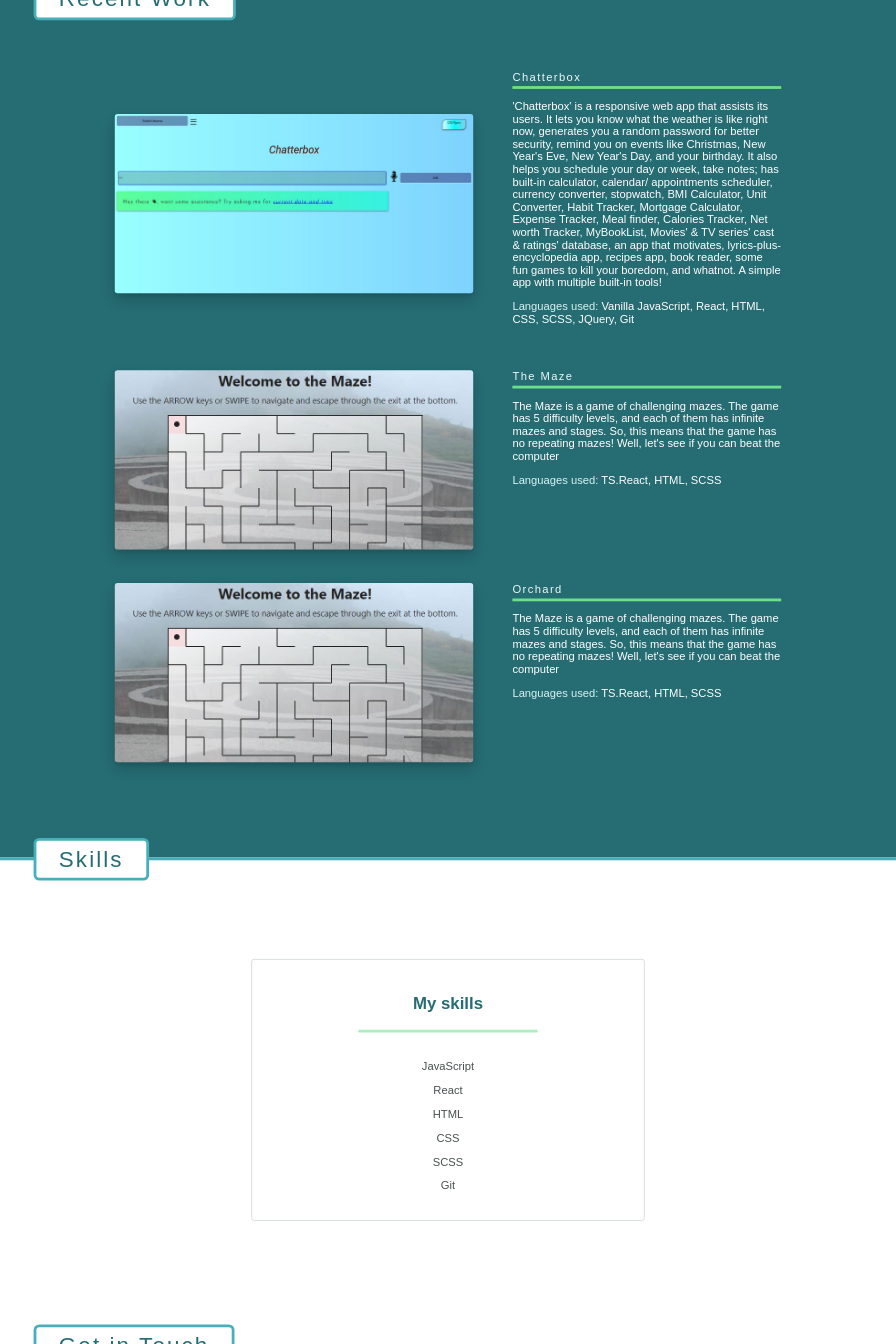
Repository: Abbaskhurram255/port
Page: /
The author's editor kept a copy of each file at every save. The page is drawn from the files as they stood at one save, then again after the next save.
The browser window is 1280 px wide. The pictures show the part of the page from y = 870 to 2790 px (the page is 3086 px tall), at 70% of full size.
The page's requests for data from a server got no answer. Some web fonts or font styles are not loaded; a fallback is used. Some web libraries are served in a nearby version. The project was rebuilt for these pictures with package versions that can differ from the ones it lists, and the page was loaded fresh each time. No one was signed in, and anything a server would have sent is missing.

Above is the page before, as saved 2021-01-01 22:57:25.

### public/index.html
<!DOCTYPE html>
<html lang="en">
  <head>
    <meta charset="utf-8" />
    <meta
      name="viewport"
      content="width=device-width, initial-scale=1, shrink-to-fit=no"
    />
    <meta name="theme-color" content="#000000" />
    <meta property="og:title" content="Alex' Portfolio" />
    <meta
      property="og:description"
      content="A portfolio of web applications by Alex/ Khurram"
    />
    <meta property="og:url" content="https://www.abbaskhurram255.github.io/" />
    <meta property="og:image" content="/images/portfolio-home.jpg" />
    <title>Alex' Portfolio</title>
    <link
      href="https://fonts.googleapis.com/css?family=Muli:300,400,600,700"
      rel="stylesheet"
    />
    <link
      rel="stylesheet"
      href="https://use.fontawesome.com/releases/v5.4.2/css/all.css"
      integrity="sha384-/rXc/GQVaYpyDdyxK+ecHPVYJSN9bmVFBvjA/9eOB+pb3F2w2N6fc5qB9Ew5yIns"
      crossorigin="anonymous"
    />
  </head>

  <body>
    <noscript>You need to enable JavaScript to run this app.</noscript>
    <div id="root"></div>
  </body>
</html>

### src/index.tsx
import React from "react";
import ReactDOM from "react-dom";
import App from "./App";
import * as serviceWorker from "./serviceWorker";
import "./styles/styles.scss";

ReactDOM.render(<App />, document.getElementById("root"));

// If you want your app to work offline and load faster, you can change
// unregister() to register() below. Note this comes with some pitfalls.
// Learn more about service workers: http://bit.ly/CRA-PWA
serviceWorker.unregister();

### src/App.tsx
import * as React from "react";
import Contact from "./components/Contact";
import Home from "./components/Home";
import Navbar from "./components/Navbar";
import RecentWork from "./components/RecentWork";
import Skills from "./components/Skills";

class App extends React.Component {
  public render() {
    return (
      <div>
        <Navbar />
        <Home />
        <RecentWork />
        <Skills />
        <Contact />
      </div>
    );
  }
}

export default App;

### src/styles/styles.scss
@import "./base/settings";
@import "./base/base";
@import "./components/navbar";
@import "./components/home";
@import "./components/images";
@import "./components/recent-works";
@import "./components/projects";
@import "./components/project";
@import "./components/skills";
@import "./components/skill";
@import "./components/contact";
@import "./components/social";
@import "./components/section-title";

### src/components/Contact.tsx
import * as React from "react";
import utils from "../utils/constants";
import Social from "./Social";
import Title from "./Title";

const { GITHUB_URL, TWITTER_URL } = utils.social;
const { EMAIL } = utils.contact;

const Contact = () => {
  return (
    <div id="contact" className="contact">
      <Title title="Get in Touch" parentComponent="contact" />
      <div className="contact__social-links">
        <p className="contact__brackets">{"{"}</p>
        <Social socialIcon="fab fa-github" socialUrl={GITHUB_URL} />
        <Social socialIcon="fab fa-twitter" socialUrl={TWITTER_URL} />
        <Social socialIcon="fas fa-envelope" socialUrl={`mailto:${EMAIL}`} />
        <p className="contact__brackets">{"}"}</p>
      </div>
    </div>
  );
};

export default Contact;

### src/components/Home.tsx
import * as React from "react";
import Image from "./Image";
import Text from "./Text";
import Title from "./Title";

const Home = () => {
  return (
    <div className="home">
      <div className="home__text-container">
        <Title
          title="<Alex Puth (aka Khurram) />"
          parentComponent="home"
          subTitle="Front-End Developer"
        />
        <Text parentComponent="home" mobile="" />
      </div>
      <Image
        src="/images/headshot.jpg"
        alt="Headshot of Alex Puth"
        parentComponent="home"
      />
      <Text parentComponent="home" mobile="--mobile" />
    </div>
  );
};

export default Home;

### src/components/Navbar.tsx
import * as React from "react";

interface INavbarState {
  linkClass: string;
  isToggled: boolean;
}

class Navbar extends React.Component {
  public state = {
    isToggled: true,
    linkClass: "navbar__link"
  };

  public toggleNav = () => {
    const { isToggled } = this.state;
    this.setState({ isToggled: !isToggled });
    isToggled
      ? this.setState({ linkClass: "navbar__link--show" })
      : this.setState({ linkClass: "navbar__link" });
  };

  public render() {
    return (
      <div className="navbar">
        <a className="navbar__brand" href="#">
          <p className="navbar__brand-text">AP</p>
        </a>
        <i onClick={this.toggleNav} className="fas fa-bars navbar__hamburger" />
        <div className="navbar__link-box">
          <a className={this.state.linkClass} href="#">
            <p className="navbar__link-text">Home</p>
          </a>

          <a className={this.state.linkClass} href="#recent-works">
            <p className="navbar__link-text">Recent Work</p>
          </a>

          <a className={this.state.linkClass} href="#skills">
            <p className="navbar__link-text">Skills</p>
          </a>

          <a className={this.state.linkClass} href="#contact">
            <p className="navbar__link-text">Contact</p>
          </a>
        </div>
      </div>
    );
  }
}
export default Navbar;

### src/components/RecentWork.tsx
import * as React from "react";
import Projects from "./Projects";
import Title from "./Title";

const RecentWork = () => {
  return (
    <div id="recent-works" className="recent-works">
      <Title title="Recent Work" parentComponent="recent-works" />
      <Projects />
    </div>
  );
};

export default RecentWork;

### src/components/Skills.tsx
import * as React from "react";
import Skill from "./Skill";
import Title from "./Title";

const Skills = () => {
  const technicalSkills: string[] = [
    "JavaScript",
    "React",
    "HTML",
    "CSS",
    "SCSS",
    "Git"
  ];

  return (
    <div id="skills" className="skills">
      <Title title={"Skills"} parentComponent="skills" />
      <div className="skills__set-box">
        <Skill title="My skills" skills={technicalSkills} />
      </div>
    </div>
  );
};

export default Skills;

### src/styles/base/_base.scss
html {
  font-size: 62.5%;
  scroll-behavior: smooth;
}

body {
  margin: 0;
  background-color: $white;
}

button {
  cursor: pointer;
}

button:disabled {
  cursor: default;
}

### src/styles/components/_home.scss
.home {
  display: flex;
  flex-direction: column;
  justify-content: space-around;
  margin: $size-10 auto $size-8 auto;
  max-width: 100rem;
  padding: 0 $size-4;
  @media (min-width: $breakpoint-1) {
    margin: $size-10 25% $size-9 25%;
  }
  @media (min-width: $breakpoint-2) {
    flex-direction: row;
    margin: $size-10 auto $size-12 auto;
  }
}

.home__title-box {
  align-items: center;
  display: flex;
  flex-direction: column;
  justify-content: center;
  margin-top: $size-3;
  @media (min-width: $breakpoint-2) {
    margin: 0;
    margin-left: -$size-9;
    align-items: flex-start;
  }
}

.home__title {
  color: $primary-7;
  font-family: $header;
  font-size: $size-6;
  font-weight: 700;
  letter-spacing: 0.3rem;
  line-height: 1;
  margin: 0;
  @media (min-width: $breakpoint-1) {
    font-size: $size-6;
  }
  @media (min-width: $breakpoint-2 - 13) {
    font-size: $size-7;
  }
  @media (min-width: $breakpoint-3) {
    font-size: 7.2rem;
  }
}

.home__subtitle {
  color: $gray-5;
  font-family: $header;
  font-size: $size-4;
  font-weight: 300;
  margin: $size-3 0;
  @media (min-width: $breakpoint-1) {
    font-size: 1.8rem;
  }
  @media (min-width: $breakpoint-2 - 13) {
    font-size: $size-5;
  }
  @media (min-width: $breakpoint-3) {
    font-size: $size-6;
  }
}

.home__text-container {
  display: flex;
  flex-direction: column;
  justify-content: flex-end;
}

.home__text-box {
  border-left: $size-1 solid $secondary-2;
  margin-top: $size-6;
  padding: $size-5 $size-4;
  width: $size-14;
  @media (max-width: $breakpoint-2 - 1) {
    display: none;
  }
}

.home__text-box--mobile {
  border-left: $size-1 solid $secondary-2;
  box-sizing: border-box;
  margin-top: $size-6;
  padding: $size-2;
  width: 100%;
  @media (min-width: $breakpoint-2) {
    display: none;
  }
}

.home__text {
  color: $gray-7;
  font-family: $text;
  font-size: $size-3;
  line-height: 2;
  margin: 0;
  padding: $size-2;
  @media (min-width: $breakpoint-2) {
    font-size: $size-4;
  }
}

.home__text-link {
  @extend .home__text;
  color: $primary-7;
  padding: 0;
  text-decoration: none;
}

.home__text-link:hover {
  color: $primary-5;
}

### src/styles/components/images.scss
.home-image-box {
  background: $gradient-1;
  border-radius: $radius-2;
  box-shadow: $shadow-2;
  padding: $size-3;
  @media (min-width: $breakpoint-2) {
    display: block;
    padding: $size-7;
  }
}

.home-image {
  border-radius: $radius-2;
  box-shadow: $shadow-3;
  margin: 0;
  width: 100%;
  @media (min-width: $breakpoint-2) {
    margin-right: -$size-10;
    height: $size-13;
    width: $size-13;
  }
}

### src/styles/components/_recent-works.scss
.recent-works {
  align-items: center;
  background: $primary-7;
  border-top: $size-1 solid $primary-5;
  display: flex;
  flex-direction: column;
  padding-bottom: $size-2;
  @media (min-width: $breakpoint-1) {
    padding-left: 22%;
    padding-right: 22%;
  }
  @media (min-width: $breakpoint-2) {
    padding: 0;
    padding-bottom: $size-8;
  }
}

.recent-works__title-box {
  background: $white;
  border: $size-1 solid $primary-5;
  border-radius: $size-2;
  display: flex;
  flex-direction: column;
  justify-content: center;
  margin-top: -$size-5;
  padding: $size-2;
  @media (min-width: $breakpoint-2) {
    align-self: flex-start;
    margin-left: $size-7;
    margin-top: -$size-6;
    padding: $size-2 $size-6;
  }
}

.recent-works__title {
  color: $primary-7;
  font-family: $header;
  font-size: $size-4;
  font-weight: 400;
  letter-spacing: 0.3rem;
  margin: 0;
  padding: 0;
  @media (min-width: $breakpoint-2) {
    font-size: $size-6;
  }
}

### src/styles/components/_projects.scss
.projects {
  display: flex;
  flex-direction: column;
  justify-content: space-between;
  margin: $size-4 $size-7;
  width: 100%;
  @media (min-width: $breakpoint-2) {
    margin: $size-7;
    width: 100rem;
  }
}

### src/styles/components/_skills.scss
.skills {
  align-items: center;
  border-top: $size-1 solid $primary-5;
  display: flex;
  flex-direction: column;
  padding-bottom: $size-8;
  @media (min-width: $breakpoint-1) {
    padding-left: 20%;
    padding-right: 20%;
  }
  @media (min-width: $breakpoint-2) {
    padding: 0;
    padding-bottom: $size-8;
  }
}

.skills__title-box {
  background: $white;
  border: $size-1 solid $primary-5;
  border-radius: $size-2;
  display: flex;
  flex-direction: column;
  justify-content: center;
  margin-top: -$size-5;
  padding: $size-2;
  @media (min-width: $breakpoint-2) {
    align-self: flex-start;
    margin-left: $size-7;
    margin-top: -$size-6;
    padding: $size-2 $size-6;
  }
}

.skills__title {
  color: $primary-7;
  font-family: $header;
  font-size: $size-4;
  font-weight: 400;
  letter-spacing: 0.3rem;
  margin: 0;
  padding: 0;
  @media (min-width: $breakpoint-2) {
    font-size: $size-6;
  }
}

.skills__set-box {
  display: flex;
  flex-direction: column;
  justify-content: space-around;
  margin: 0;
  width: 100%;
  @media (min-width: $breakpoint-2) {
    flex-direction: row;
    margin: $size-9 $size-7;
    width: 100rem;
  }
}

### src/styles/components/_skill.scss
.skill {
  align-items: center;
  border: 1px solid $gray-3;
  border-radius: $radius-2;
  display: flex;
  flex-direction: column;
  margin: $size-4 auto;
  padding: $size-5;
  width: 80%;
  @media (min-width: $breakpoint-2) {
    margin: $size-4;
    padding: $size-5;
    width: $size-14;
  }
}

.skill__title-box {
  border-bottom: $size-1 solid $secondary-3;
  display: flex;
  justify-content: center;
  padding: 0;
  width: 100%;
  @media (min-width: $breakpoint-2) {
    width: $size-12;
  }
}

.skill__title {
  color: $primary-7;
  font-family: $text;
  font-size: $size-4;
  @media (min-width: $breakpoint-2) {
    font-size: $size-5;
  }
}

.skill__box {
  padding-top: $size-5;
  width: 100%;
}

.skill__name {
  color: $gray-7;
  font-family: $text;
  font-size: $size-4;
  text-align: center;
}

### src/styles/components/_contact.scss
.contact {
  align-items: center;
  border-top: $size-1 solid $primary-5;
  display: flex;
  flex-direction: column;
  background: #266c73;
}

.contact__title-box {
  background: $white;
  border: $size-1 solid $primary-5;
  border-radius: $size-2;
  display: flex;
  flex-direction: column;
  justify-content: center;
  margin-top: -$size-5;
  padding: $size-2 $size-6;
  @media (min-width: $breakpoint-2) {
    align-self: flex-start;
    margin-left: $size-7;
    margin-top: -$size-6;
  }
}

.contact__title {
  color: $primary-7;
  font-family: $header;
  font-size: $size-4;
  font-weight: 400;
  letter-spacing: 0.3rem;
  margin: 0;
  padding: 0;
  @media (min-width: $breakpoint-2) {
    font-size: $size-6;
  }
}

.contact__social-links {
  display: flex;
  color: rgb(48, 25, 25);
  margin: $size-8 0 $size-9 0;
}

.contact__brackets {
  color: $secondary-3;
  font-family: $text;
  font-size: $size-8;
  font-weight: 300;
  line-height: 0.5;
  margin: 0 $size-4;
  padding: 0;
  @media (min-width: $breakpoint-2) {
    display: block;
    font-size: $size-10;
  }
}

.fas:not(.navbar__hamburger), .fab {
  color: whitesmoke;
}

### src/styles/components/_social.scss
.social {
  color: $primary-5;
  font-size: $size-5;
  margin: $size-3;
  outline: none;
  transition-property: color, transform;
  transition-duration: 0.1s;
  transition-timing-function: ease;
  @media (min-width: $breakpoint-2) {
    font-size: $size-7;
    margin: $size-5;
  }
}

.social:hover,
.social:focus {
  color: $primary-6;
  transform: scale(1.2);
}

### src/styles/components/_section-title.scss
.section-title__box {
  align-self: flex-start;
  background: $white;
  border: $size-1 solid $primary-8;
  border-radius: $size-2;
  display: flex;
  flex-direction: column;
  justify-content: center;
  margin: -$size-6 0 0 $size-7;
  padding: $size-2 $size-6;
}

.section-title {
  color: $primary-7;
  font-family: $header;
  font-size: $size-6;
  font-weight: 400;
  letter-spacing: 0.3rem;
  margin: 0;
  padding: 0;
}

### src/utils/constants.ts
export default {
  contact: {
    EMAIL: process.env.REACT_APP_EMAIL || "abbaskhuram255@gmail.com"
  },
  social: {
    GITHUB_URL:
      process.env.REACT_APP_GITHUB_URL || "https://github.com/abbaskhurram255",
    TWITTER_URL:
      process.env.REACT_APP_TWITTER_URL || "https://twitter.com/alexputh255",
  }
};

### src/components/Social.tsx
import * as React from "react";

interface ISocialProps {
  socialIcon: string;
  socialUrl: string;
}

const Social = (props: ISocialProps) => {
  const { socialIcon, socialUrl } = props;
  return (
    <a
      href={socialUrl}
      rel="noopener noreferrer"
      className="social"
      target="_blank"
    >
      <i className={socialIcon} />
    </a>
  );
};

export default Social;

### src/components/Title.tsx
import * as React from "react";

interface ITitleProps {
  title: string;
  parentComponent: string;
  subTitle?: string;
}

const Title = (props: ITitleProps) => {
  const { title, subTitle, parentComponent: component } = props;
  return (
    <div className={`${component}__title-box`}>
      <h1 className={`${component}__title`}>{title}</h1>
      {subTitle && <h2 className={`${component}__subtitle`}>{subTitle}</h2>}
    </div>
  );
};

export default Title;

### src/components/Image.tsx
import * as React from "react";

interface IImageProps {
  src: string;
  alt: string;
  parentComponent: string;
}

const Image = (props: IImageProps) => {
  const { src, alt, parentComponent: component } = props;
  return (
    <div className={`${component}-image-box`}>
      <img src={`/Portfolio${src}`} alt={alt} className={`${component}-image`} />
    </div>
  );
};

export default Image;

### src/components/Text.tsx
import * as React from "react";

interface ITextProps {
  parentComponent: string;
  mobile: string;
}

const Text = (props: ITextProps) => {
  const { parentComponent: component, mobile } = props;
  return (
    <div className={`${component}__text-box${mobile}`}>
      <p className={`${component}__text`}>
        Hi, my name is Alex, and I'm a frontend developer. I love using
        functional programming concepts in JavaScript and building web
        applications with it. I'm a coding enthusiast. I've been creating web
        applications since I was 13 - I'm 19 now. It's been my hobby
        since I was a kid, the programming. {" "}
      </p>
      <p className={`${component}__text`}>I'm currently
        trying to get familiar with Vue, and Angular.</p>
    </div>
  );
};

export default Text;

### src/components/Projects.tsx
import * as React from "react";
import { projects } from "../utils/data";
import Project from "./Project";

const Projects = () => (
  <div className="projects">
    {projects.map(project => (
      <Project
        project={project.name}
        projectDescription={project.description}
        projectSourceCode={project.sourceCode}
        projectTools={project.tools}
        projectUrl={project.url}
        image={project.image}
        androidVLink={project.androidVLink}
        key={project.name}
      />
    ))}
  </div>
);

export default Projects;

### src/components/Skill.tsx
import * as React from "react";

interface ISkillProps {
  skills: string[];
  title: string;
}

const DeveloperSkills = (props: ISkillProps) => {
  const { skills, title } = props;
  return (
    <div className="skill">
      <div className="skill__title-box">
        <h3 className="skill__title">{title}</h3>
      </div>
      <div className="skill__box">
        {skills.map((skill: string) => (
          <p className="skill__name" key={skill}>
            {skill}
          </p>
        ))}
      </div>
    </div>
  );
};

export default DeveloperSkills;

### src/utils/data.ts

interface IProject {
  description: string;
  image: string;
  name: string;
  androidVLink: string;
  sourceCode: string;
  tools: string;
  url: string;
}

export const projects: IProject[] = [
  {
    description:
      "'Chatterbox' is a responsive web app that assists its users. It lets you know what the weather is like right now, generates you a random password for better security, remind you on events like Christmas, New Year's Eve, New Year's Day, and your birthday. It also helps you schedule your day or week, take notes; has built-in calculator, calendar/ appointments scheduler, currency converter, stopwatch, BMI Calculator, Unit Converter, Habit Tracker, Mortgage Calculator, Expense Tracker, Meal finder, Calories Tracker, Net worth Tracker, MyBookList, Movies' & TV series' cast & ratings' database, an app that motivates, lyrics-plus-encyclopedia app, recipes app, book reader, some fun games to kill your boredom, and whatnot. A simple app with multiple built-in tools!",
    image: "meal to list",
    name: "Chatterbox",
    androidVLink: "about:blank",
    sourceCode: "https://github.com/Abbaskhurram255/Chatterbox/",
    tools: "Vanilla JavaScript, React, HTML, CSS, SCSS, JQuery, Git",
    url: "https://abbaskhurram255.github.io/Chatterbox/getting-started"
  },
  {
    description:
      "The Maze is a game of challenging mazes. The game has 5 difficulty levels, and each of them has infinite mazes and stages. So, this means that the game has no repeating mazes! Well, let's see if you can beat the computer",
    image: "maze",
    name: "The Maze",
    androidVLink: "https://github.com/Abbaskhurram255/maze/raw/main/public/android/the-maze.apk?raw=true",
    sourceCode: "https://github.com/Abbaskhurram255/maze/",
    tools: "TS.React, HTML, SCSS",
    url: "https://alexs-maze-game.netlify.app"
  },
  {
    description:
      "The Maze is a game of challenging mazes. The game has 5 difficulty levels, and each of them has infinite mazes and stages. So, this means that the game has no repeating mazes! Well, let's see if you can beat the computer",
    image: "maze",
    name: "Orchard",
    androidVLink: "https://github.com/Abbaskhurram255/habit-builder/raw/main/android/orchard.apk?raw=true",
    sourceCode: "https://github.com/Abbaskhurram255/",
    tools: "TS.React, HTML, SCSS",
    url: "https://abbaskhurram255.github.io/"
  }
];

Loaded but not shown: src/serviceWorker.ts (common file); src/styles/components/_project.scss (148 lines, source omitted); src/styles/base/_settings.scss (89 lines, source omitted); src/styles/components/_navbar.scss (137 lines, source omitted); src/components/Project.tsx (95 lines, source omitted)

After the next save:
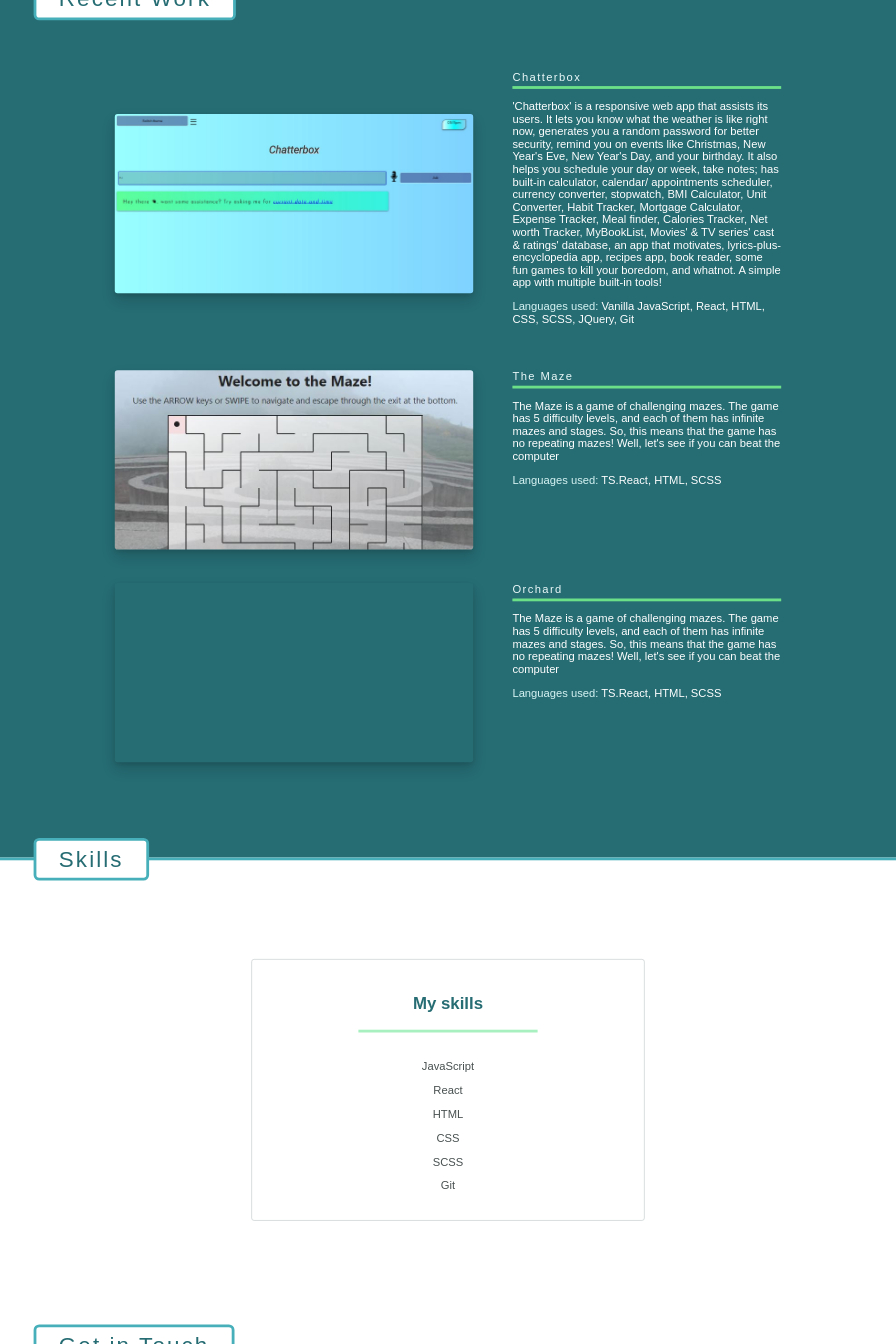
Saved 5 s later.
--- a/src/utils/data.ts
+++ b/src/utils/data.ts
@@ -33,7 +33,7 @@
   {
     description:
       "The Maze is a game of challenging mazes. The game has 5 difficulty levels, and each of them has infinite mazes and stages. So, this means that the game has no repeating mazes! Well, let's see if you can beat the computer",
-    image: "maze",
+    image: "orc",
     name: "Orchard",
     androidVLink: "https://github.com/Abbaskhurram255/habit-builder/raw/main/android/orchard.apk?raw=true",
     sourceCode: "https://github.com/Abbaskhurram255/",
